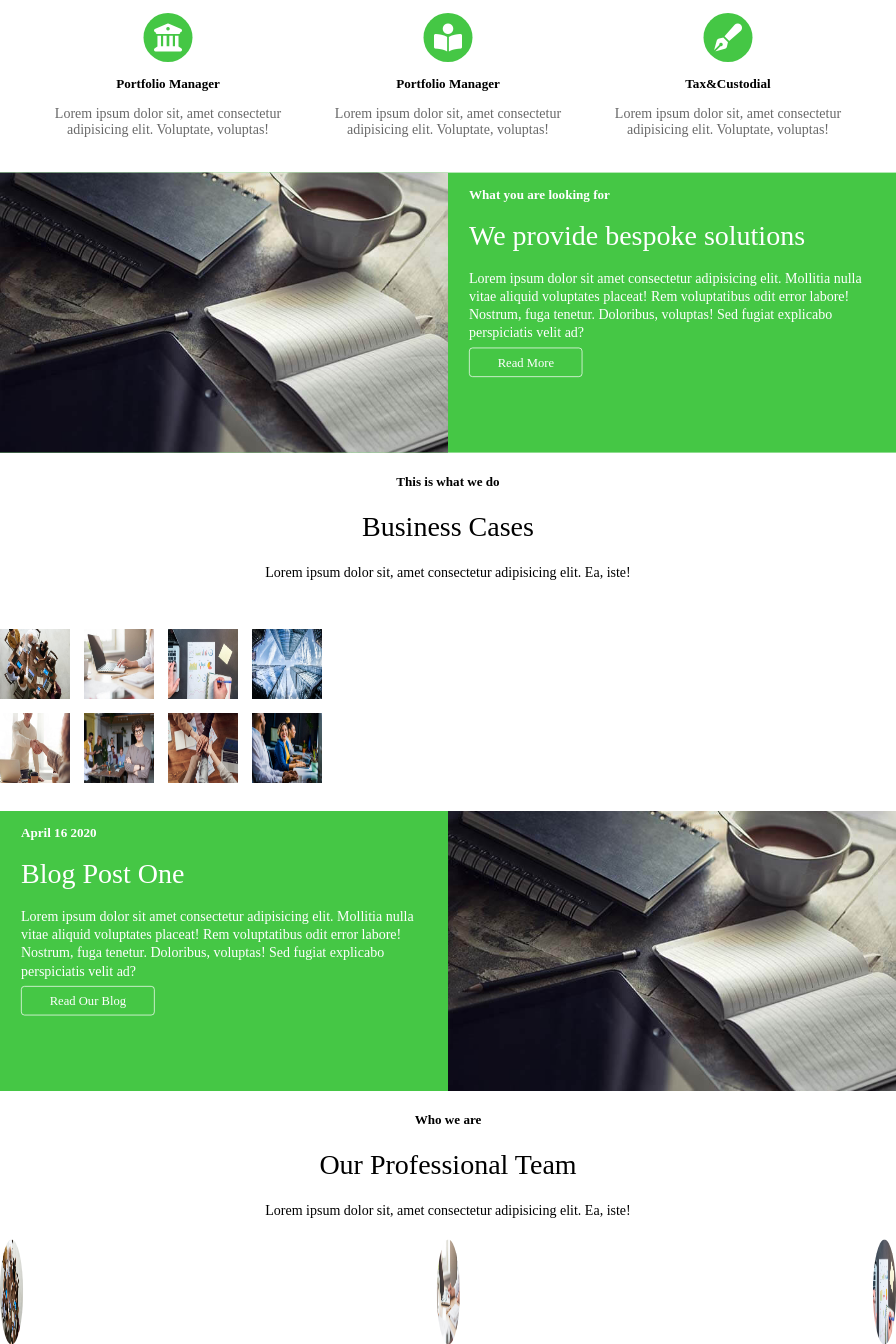
Repository: reemoon-ctrl/swiftdisk-Website-Flexbox
Page: index.html
The author's editor kept a copy of each file at every save. The page is drawn from the files as they stood at one save, then again after a run of saves.
The browser window is 1280 px wide. The pictures show the part of the page from y = 752 to 2672 px (the page is 2672 px tall), at 70% of full size.

Above is the page before, as saved 2024-07-27 10:06:09.

After the next 2 saves:
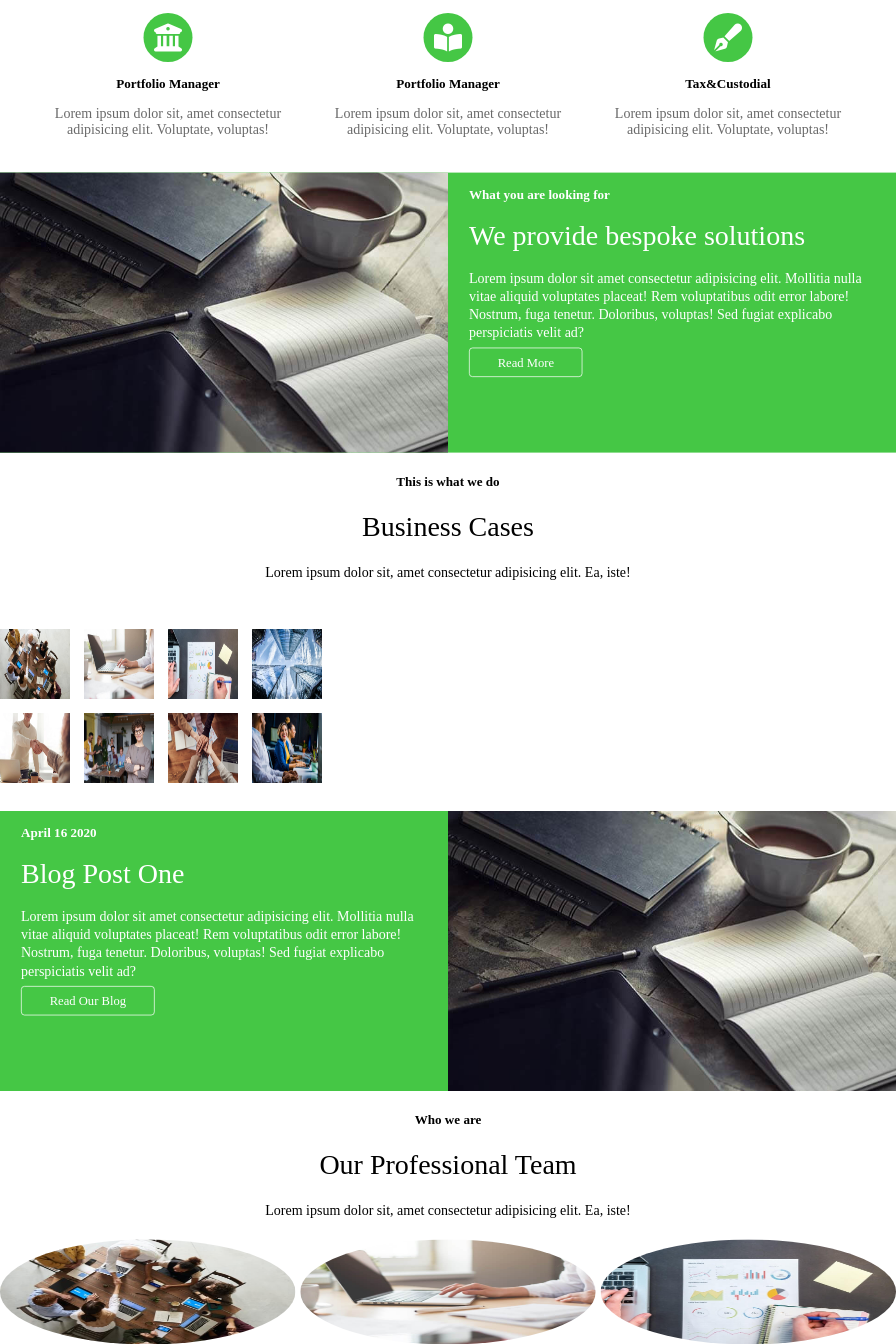
The 2 saves are shown as one change because they came seconds apart.
The last was saved 6 s later.
--- a/index.css
+++ b/index.css
@@ -220,7 +220,7 @@ body{
 
 }
 .tmimg{
-    width: 33px;
+    width: 33%;
     height:150px;
     border-radius: 50%;
 
